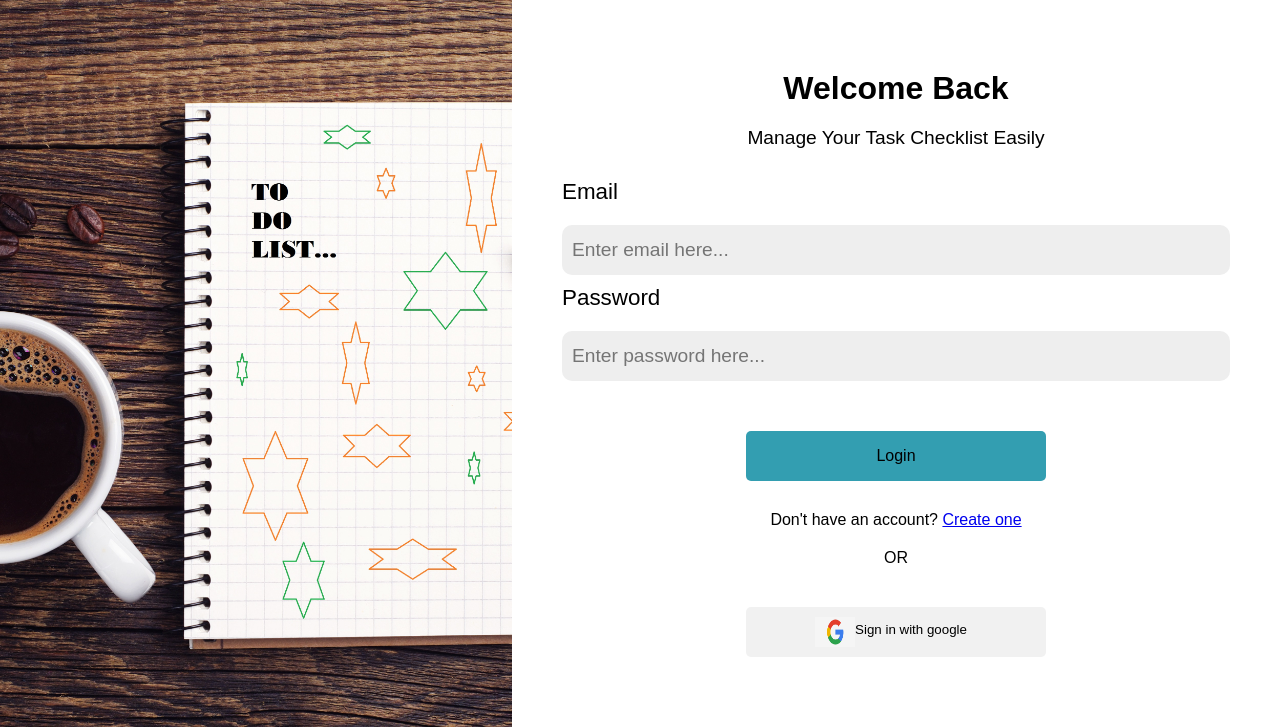
Repository: tebo27cMd/todo_App
Page: /
The author's editor kept a copy of each file at every save. The page is drawn from the files as they stood at one save, then again after the next save.
The browser window is 1280 px wide. The pictures show the whole page.
The project was rebuilt for these pictures with package versions that can differ from the ones it lists, and the page was loaded fresh each time. Also part of the build but not shown: src/Pages/SignInPage.jsx, src/Pages/HomePage.jsx.

Above is the page before, as saved 2022-08-23 09:27:21.

### src/App.js
import React, {useState, useEffect} from 'react';
import './App.css';
import LoginPage from './Pages/LoginPage';
import SignInPage from './Pages/SignInPage';
import HomePage from './Pages/HomePage';

import {BrowserRouter as Router,Routes,Route,Link} from "react-router-dom";

//import {collection, getDocs, getDoc, doc, deleteDoc} from 'firebase/firestore'







function App() {


  const [tasks, setTasks] = useState([]);

  const addTasks = ((task, priorityType)=>{
    setTasks((tasks)=>[...tasks, {
      task:task,
      priorityType:priorityType
    }])

    console.log(tasks);
  })
  return (
    <div className="App">

      <Router>
      <Routes>
        <Route exact path="/" element = {<LoginPage/>}></Route>
        <Route path="/SignInPage" element = {<SignInPage/>}></Route>
        <Route exact path="/HomePage" element = {<HomePage/>}></Route>
      </Routes>
    </Router>

    </div>
  );
}

export default App;

### src/App.css
* {
  box-sizing: border-box;
  margin: 0;
  padding: 0;
  font-family: 'Times New Roman', Times, serif;
}

### src/Pages/LoginPage.jsx
import React, { useState } from 'react'

import './LoginPage.css';
import google from '../image/i.png'
import {Link} from 'react-router-dom'
import { signInWithEmailAndPassword} from 'firebase/auth'
import { auth } from "../Config-file/firebase";
import { useNavigate } from 'react-router-dom';


const LoginPage = () => {

  const [email, setEmail] = useState('');
  const [password, setPassword] = useState('');

  let history = useNavigate();

const SignInPage = (()=>{
  signInWithEmailAndPassword(auth, email, password).then(()=>{

      history("/HomePage");
  }).catch((error)=>{
    console.log(error);
  })
})



  return (
    <div className='LoginPage'>

        <aside></aside>

        <section>
            <h1 className='welcome'>Welcome Back</h1>

            <p className='paragraph1'>Manage Your Task Checklist Easily</p>

            <div className='input-control'>
                    <label htmlFor="email">Email</label>
                    <input type="email"  placeholder='Enter email here...'
                    onChange={(e)=> setEmail(e.target.value)}/>
            </div>

            <div className='input-control'>
                    <label htmlFor="password">Password</label>
                    <input type="password"  placeholder='Enter password here...'
                    onChange={(e)=> setPassword(e.target.value)}/>
            </div>

            <button className='lgnBtn' onClick={SignInPage}>Login</button>

            <p className='create'>Don't have an account? <span><Link to={"/SignInPage"}>Create one</Link></span></p>

            <h1 className='or'>OR</h1>

            <button className='signBtn'><div className='logo'><img src={google} alt="" /><span><div>Sign in with google</div></span></div></button>




        </section>

    </div>
  )
}

export default LoginPage;

### src/Pages/LoginPage.css

:root
{
    --btnGreen: #339eb1;
    --beige: beige;

}

.LoginPage{
    display: grid;
    grid-template-columns: 40% 60%;
    width: 100vw;
    height: 100vh;
}

.LoginPage aside{
    background: url(../Images/Ado.jpeg);
    background-size: cover;
}

.LoginPage section{
    display: flex;
    flex-direction: column;
    justify-content: center;
    align-items: center;
    padding: 50px;

}

.LoginPage .welcome{
    margin-top: 20px;
    margin-bottom: 20px;
    font-weight: bolder;
    font-size: 2em;
}

.LoginPage .paragraph1{
    margin-bottom: 20px;
    font-size: 1.2em;
}

.LoginPage .input-control{
    display: flex;
    flex-direction: column;
    align-self: flex-start;
    width: 100%;

}

.LoginPage .input-control label{
    margin-top: 10px;
    margin-bottom: 10px;
    font-size: 1.4em;

}

.LoginPage .input-control input{
    font-size: 1.2em;
    height: 50px;
    padding: 20px 10px 20px 10px;
    margin-top: 10px;
    border: none;
    border-radius: 10px;
    width: 100%;
    background-color: #eee;

}

.LoginPage button{
    width: 300px;
    height: 50px;
}
.LoginPage button:hover{
   background-color: #eee;

}
.LoginPage .lgnBtn{
    margin-top: 50px;
    border-radius: 5px;
    border: none;
    background-color: var(--btnGreen);
    font-size: 1em;
    cursor: pointer;
}

.LoginPage .create{

    margin-top: 30px;
}


Link{
    color: var(--btnGreen);
}

.LoginPage .or{
    font-weight: lighter;
    font-size: 1em;
    margin: 20px;
}

.LoginPage .signBtn{
    margin: 20px;
    padding-right: 20px;
    border-radius: 5px;
    border: none;
    cursor: pointer;
    background-color: #efefefdd;
}

.logo{
    display: flex;
    flex-direction: row;
    justify-content: center;

}

.logo img{
    width: 50px;
    height: 30px;
    padding-left: 10px;
}

.logo span{
    padding-top: 5px;
}

### src/Config-file/firebase.js
// Import the functions you need from the SDKs you need
import { initializeApp } from "firebase/app";
import { getFirestore } from "@firebase/firestore";
import {getAuth} from 'firebase/auth';

const firebaseConfig = {
  apiKey: "AIzaSyB44VhlyOGLme-EDCUVNbbB2UbazBO3qIY",
  authDomain:  "todo-433b6.firebaseapp.com",
  projectId:"todo-433b6",
  storageBucket: "todo-433b6.appspot.com",
  messagingSenderId: "23893463738",
  appId:"1:23893463738:web:7b7d1fefeddfc1abce6883",
  measurementId: "G-QQNBP66G32"
};

// Initialize Firebase
const app = initializeApp(firebaseConfig);
const db = getFirestore(app);
const auth = getAuth(app);
export  {auth, db};

### src/css/HomePage.css


*{
    box-sizing:border-box;
    margin: 0;
    padding: 0;
    font-family: sans-serif;
}


.topPart{
    display: flex;
    justify-content: space-between;
    margin: 10px 80px;
    border-bottom: 2px solid black;

}

.topPart button{
    width: 100px;
    margin:0px 20px 5px 0px;
    border-radius: 5px;
    border: none;
    background-color: #33b18d;
    cursor: pointer;
    color: white;
    font-size: 1.2em;

}
.topPart img {
    height: 20px;
}

.topPart button:hover{
    background-color: rgba(245, 27, 27, 0.815);
    color: black;
}

.bottomPart{
    display: flex;
    flex-direction: column;
    justify-content: center;
    align-items: center;
    margin-top: 80px;
}

.bottomPart input{
    margin-right: 10px;
    height: 30px;
    width: 500px;
    padding-left: 20px;
    border: none;
    background-color: #eee;
    border-radius: 5px;

}

.bottomPart select{
    margin-right: 10px;
    height: 30px;
    width: 100px;
    border: none;
    background-color: #33b18d;
    border-radius: 5px;
}

.bottomPart button{
    height: 40px;
    width: 40px;
    border-radius: 50px;
    border: none;
    color: #eee;
    font-size: 1.6em;
    background-color: #33b18d;
    cursor: pointer;

}

.bottomPart button:hover{
    background-color: #776e7625;
    color: black;
}

.input-fields {
    display: flex;
    align-items: center;
}



/* Task list*/


.task-list{
    width: 600px;
    margin-right: 60px;
}

.item{
    display: flex;
    text-align: center;
    justify-content: space-between;
    padding: 10px;
    border-radius: 5px;
    border: none;
    box-shadow: 2px 2px 5px .5px grey;

}
.items{
    padding: 5px 0;
}

.item button{
    border: none;
    border-radius: 50px;
    width: 80px;
    height: 40px;
    background-color:white;
    font-size: 20px;
    cursor: pointer;

}


.tick img{
    width: 40px;

}

Loaded but not shown: public/index.html (common file); src/index.js (common file); src/reportWebVitals.js (common file)

After the next save:
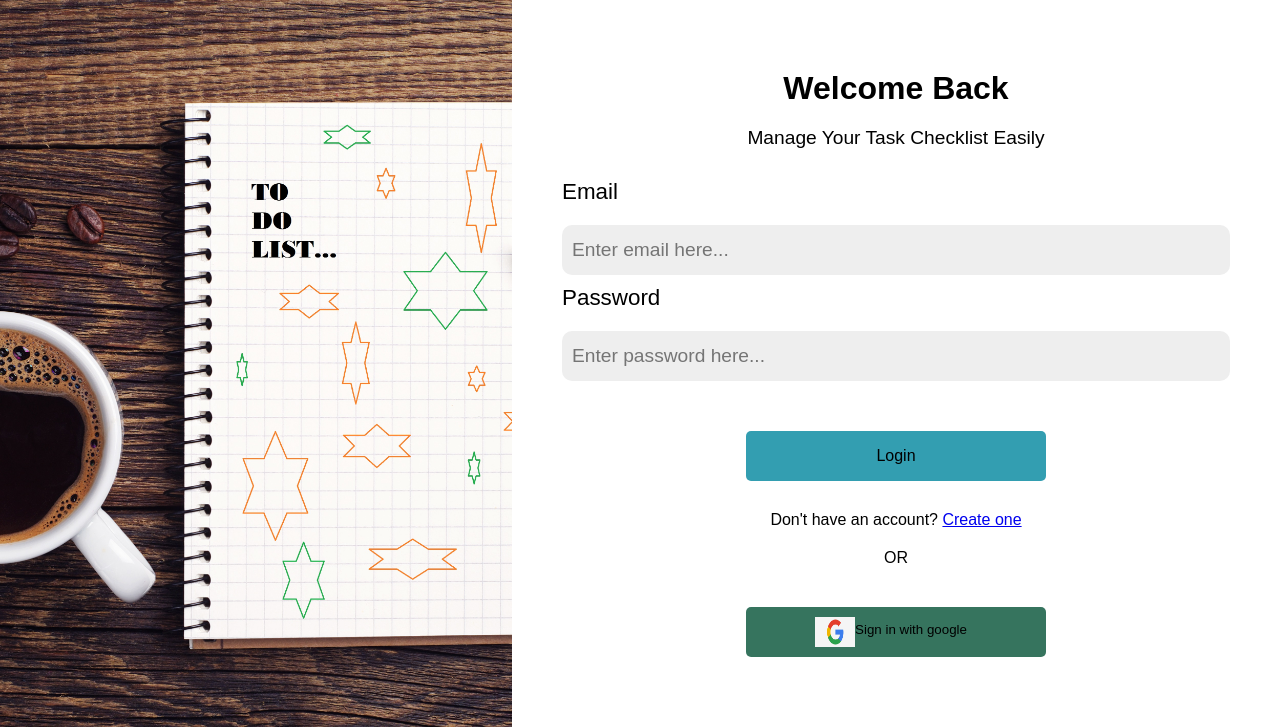
Saved 11 s later.
--- a/src/Pages/LoginPage.css
+++ b/src/Pages/LoginPage.css
@@ -105,7 +105,7 @@ Link{
     border-radius: 5px;
     border: none;
     cursor: pointer;
-    background-color: #efefefdd;
+    background-color:rgb(54, 116, 94);
 }
 
 .logo{
